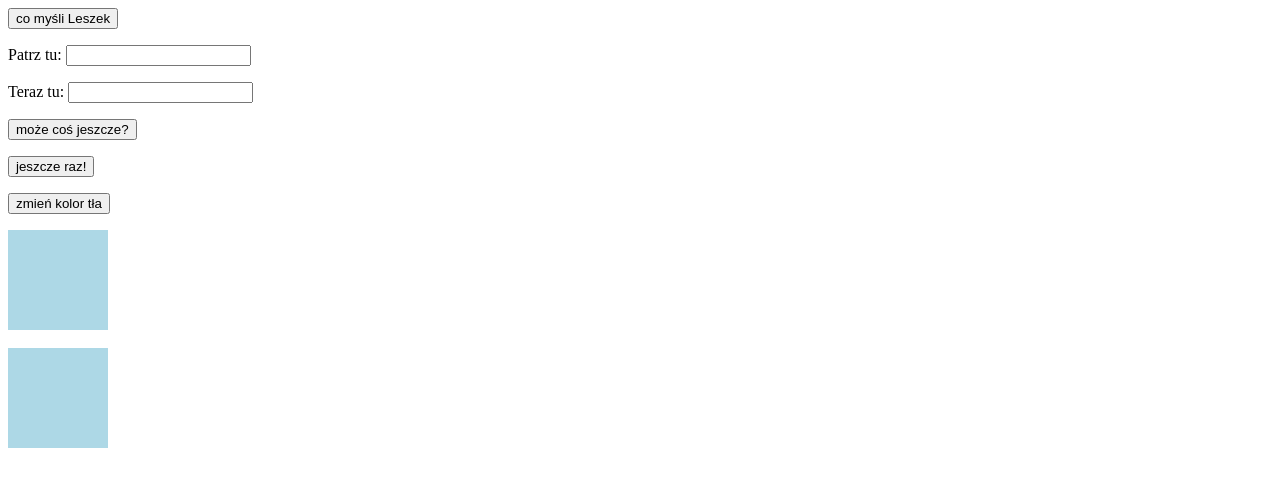
Repository: LechCieslak/autofill
Page: index.html
These files come from the project's save history. The page is drawn as it stood at one moment and after the next save; the edit follows.
The browser window is 1280 px wide. The pictures show the whole page.

Above is the page before, as saved 2020-04-30 02:12:47.

### index.html
<!DOCTYPE html>
<html lang="en">
<head>
    <meta charset="UTF-8">
    <meta name="viewport" content="width=device-width, initial-scale=1.0">
    <meta http-equiv="X-UA-Compatible" content="ie=edge">
    <link rel="stylesheet" href="style.css">
    <title>Autofill</title>
</head>
<body>
    <!-- źródło: http://benalexkeen.com/autofilling-forms-with-javascript/ -->
    <!-- <a href="#" onClick="autoFill(); return true;" >Click to Autofill</a>
    <form>
    <p>
        <label>Text Input: </label>
        <input type="text" id="input1">
    </p>
    <p>
        <label>Dropdown Input: </label>
        <select id="input2">
        <option value="Dropdown1">First Option</option>
        <option value="Dropdown2">Second Option</option>
        <option value="Dropdown3">Third Option</option>
        </select>
    </p>
    <p>
        <label>Radio Input: </label>
        <input type="radio" name="input3" value="Radio1">First Radio
        <input type="radio" name="input3" value="Radio2">Second Radio
        <input type="radio" name="input3" value="Radio3">Third Radio
    </p>
    </form> -->

    <!-- LESZKA KOD: -->

    <button onClick="autoFill2()">co myśli Leszek</button>
    <p>
        <label>Patrz tu: </label>
        <input type="text" class="input4">
    </p>
    <p>
        <label>Teraz tu: </label>
        <input type="text" class="input5">
    </p>
    <button onClick="autoFill3()">może coś jeszcze?</button>

    <p>
    <button onClick="eraseContent()">jeszcze raz!</button>
    </p>

    <p>
    <button onClick="backCol()">zmień kolor tła</button>
    </p>

    <div class="fubar"></div>
    <br>
    <div class="fubar2"></div>

    <script src="app.js"></script>
</body>
</html>

### style.css
.fubar {
    height: 100px;
    width: 100px;
    background-color: lightblue;
}

.fubar2 {
    height: 100px;
    width: 100px;
    background-color: lightblue;
}

### app.js
// źródło: http://benalexkeen.com/autofilling-forms-with-javascript/

// function autoFill() {
//     document.getElementById('input1').value = "My Text Input";
//     document.getElementById('input2').value = "Dropdown3";

//     var radioElements = document.getElementsByName("input3");

//     for (var i=0; i<radioElements.length; i++) {
//       if (radioElements[i].getAttribute('value') == 'Radio2') {
//         radioElements[i].checked = true;
//       }
//     }
//   }

  function autoFill2() {
    document.querySelector(".input4").value = "Kocham Myszkę";
  }

  function autoFill3() {
    document.querySelector(".input5").value = "Ponad Życie!!!";
}

function eraseContent() {
    document.querySelector(".input4").value = "";
    document.querySelector(".input5").value = "";
}


var colors = ["red","green","greenyellow","darksalmon","#B028B4","lightblue","orangered","black"]

function backCol() {


  var a = (Math.floor(Math.random()*8));
  var b = colors[a];
  console.log(b);

  document.querySelector(".fubar").style.backgroundColor = b;
  console.log(a);



  printRozne();

function printRozne() {
  iii = setInterval(ifffff,1000);
}

function ifffff() {

  if (a!=10) {
    console.log("rozne");
  }
}

}






var idInter;

function changeCol() {
  idInter = setInterval(changeBackCol,1000);
}

function changeBackCol() {
  var elem = document.querySelector(".fubar2");

  var a = (Math.floor(Math.random()*8));
  var b = colors[a];
  console.log(b);

  elem.style.backgroundColor = b;
  console.log("koniec");

}

//changeCol();

After the next save:
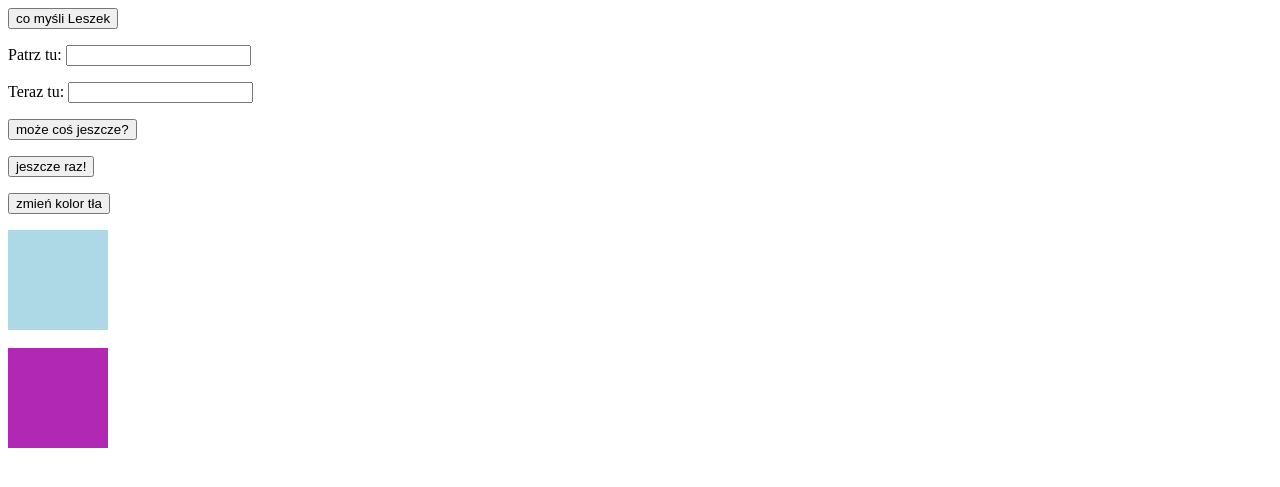
Saved 51 s later.
--- a/app.js
+++ b/app.js
@@ -79,4 +79,4 @@ function changeBackCol() {
 
 }
 
-//changeCol();
+changeCol();
